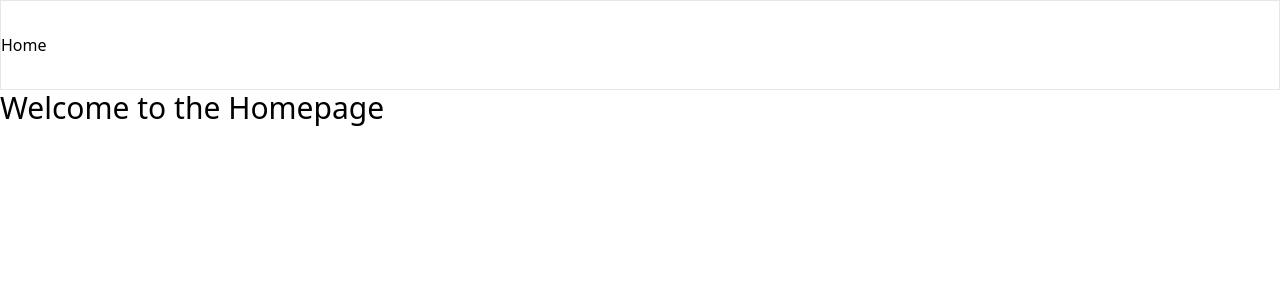
Repository: oderinde300/react-authentication-with-json-server
Page: /
The author's editor kept a copy of each file at every save. The page is drawn from the files as they stood at one save, then again after the next save.
The browser window is 1280 px wide. The pictures show the whole page.
The project was rebuilt for these pictures with package versions that can differ from the ones it lists, and the page was loaded fresh each time. Also part of the build but not shown: src/components/authentication/Login.jsx, src/pages/LoginPage.jsx.

Above is the page before, as saved 2023-03-22 12:27:14.

After the next save:
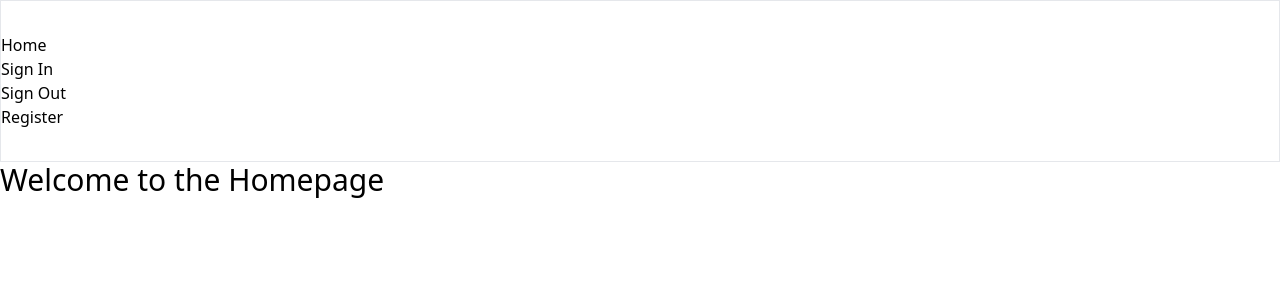
Saved 73 s later.
--- a/src/App.js
+++ b/src/App.js
@@ -7,8 +7,12 @@ function App() {
     <div>
       <header>
         <nav className="border py-8">
+          <p>Home</p>
+
           <ul>
-            <li>Home</li>
+            <li>Sign In</li>
+            <li>Sign Out</li>
+            <li>Register</li>
           </ul>
         </nav>
       </header>
